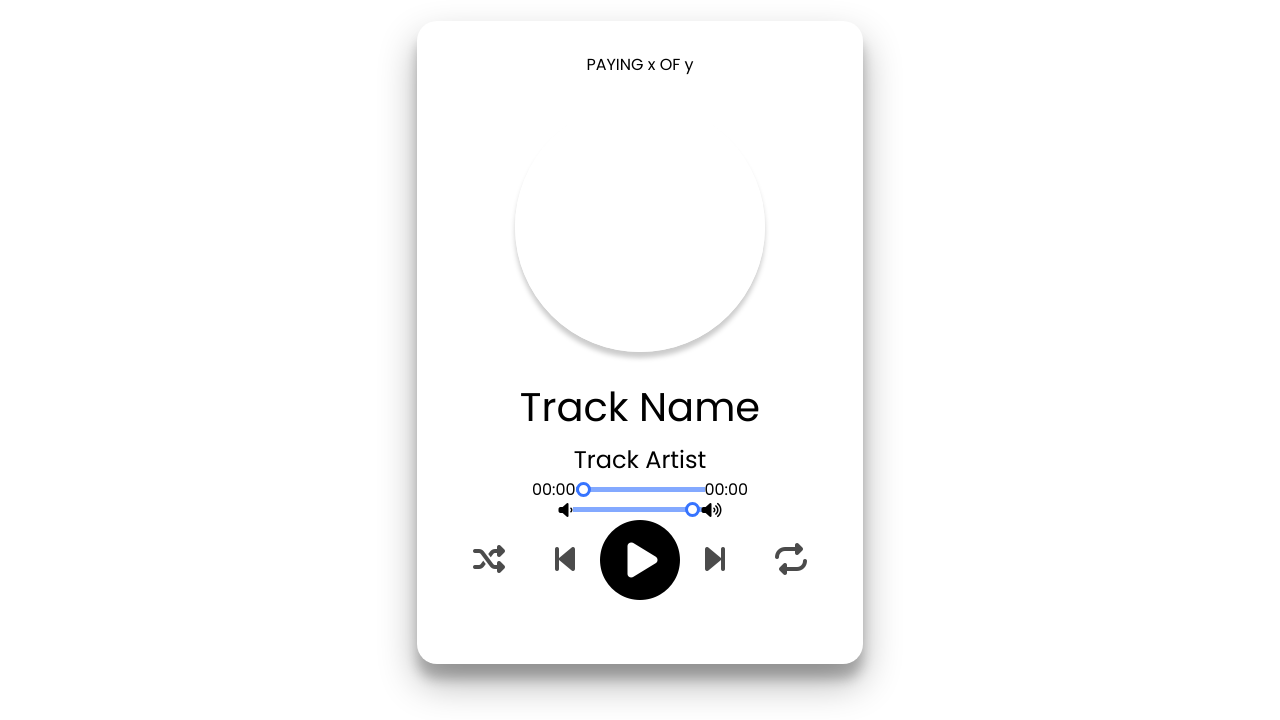
Repository: NguyenVietPhuQuy/Javascript-AudioPlayer
Page: index.html
These files come from the project's save history. The page is drawn as it stood at one moment and after the next save; the edit follows.
The browser window is 1280 px wide. The pictures show the whole page.

Above is the page before, as saved 2022-11-09 08:51:14.

### index.html
<!DOCTYPE html>
<html lang="en">
<head>
    <meta charset="UTF-8">
    <meta http-equiv="X-UA-Compatible" content="IE=edge">
    <meta name="viewport" content="width=device-width, initial-scale=1.0">
    <title>Music Player</title>
    <!--Font-Awesome-->
    <link rel="stylesheet" href="https://cdnjs.cloudflare.com/ajax/libs/font-awesome/6.2.0/css/all.min.css">
    <!--Css-->
    <link rel="stylesheet" href="index.css">
</head>
<body>
    <div class="player">
        <div class="wrapper">
            <div class="details">
                <div class="now-playing">PAYING x OF y</div>
                <div class="track-art"></div>
                <div class="track-name">Track Name</div>
                <div class="track-artist">Track Artist</div>
            </div>

            <div class="slider_container">
                <div class="current-time">00:00</div>
                <input type="range" min="1" max="100" value="0"
                class="seek_slider" onchange="seekTo()">
                <div class="total-duration">00:00</div>
            </div>

            <div class="slider_container">
                <i class="fa fa-volume-down"></i>
                <input type="range" min="1" max="100" value="99"
                class="volume_slider" onchange="setVolume()">
                <i class="fa fa-volume-up"></i>
            </div>

            <div class="buttons">
                <div class="random-track">
                    <i class="fas fa-random fa-2x" title="random"
                    onclick="randomTrack()"></i>
                </div>

                <div class="prev-track">
                    <i class="fas fa-step-backward fa-2x"
                    onclick="prevTrack()"></i>
                </div>

                <div class="playePause-track">
                    <i class="fas fa-play-circle fa-5x"
                    onclick="playPauseTrack()"></i>
                </div>

                <div class="next-track">
                    <i class="fas fa-step-forward fa-2x"
                    onclick="nextTrack()"></i>
                </div>

                <div class="repeat-track">
                    <i class="fas fa-repeat fa-2x" title="repeat"
                    onclick="repeatTrack()"></i>
                </div>
            </div>

            <div id="wave">
                <span class="stroke"></span>
                <span class="stroke"></span>
                <span class="stroke"></span>
                <span class="stroke"></span>
                <span class="stroke"></span>
                <span class="stroke"></span>
                <span class="stroke"></span>
            </div>
        </div>
    </div>
    <!--Main-->
    <script src="index.js"></script>
</body>
</html>

### index.css
/*Font Google and base*/
@import url('https://fonts.googleapis.com/css2?family=Poppins&display=swap');
*{
    font-family: 'Poppins',sans-serif;
    box-sizing: border-box;
    margin: 0;
}
img{
    width: 100%;
}
/*Main*/
.player{
    height: 95vh;
    display: flex;
    align-items: center;
    flex-direction: column;
    justify-content: center;
}
.wrapper{
    border: 1px solid transparent;
    padding: 30px;
    border-radius: 20px;
    box-shadow: rgba(0, 0, 0, 0.3) 0 19px 38px, rgba(0, 0, 0, 0.22) 0 15px 12px
}
.details{
    display: flex;
    align-items: center;
    flex-direction: column;
    justify-content: center;
}
.track-art{
    margin: 25px;
    height: 250px;
    width: 250px;
    border: 2px solid #fff;
    background-size: cover;
    background-position: center;
    box-shadow: 0px 6px 5px #ccc;
    border-radius: 190px;
}
.now-playing {
    font-size: 1rem;
}
.track-name{
    font-size: 2.5rem;
}
.track-artist{
    margin-top: 5px;
    font-size: 1.5rem;
}
.buttons{
    display: flex;
    flex-direction: row;
    align-items: center;
    margin-bottom: 30px;
}
.active{
    color: black;
}
.repeat-track
,.random-track
,.playPause-track
,.prev-track
,.next-track{
    padding: 25px;
    opacity: 0.7;
    transition: opacity .2s;
}
.repeat-track:hover
,.random-track:hover
,.playPause-track:hover
,.prev-track:hover
,.next-track:hover{
    opacity: 1;
}
.slider_container{
    display: flex;
    justify-content: center;
    align-items: center;

}
.seek_slider,
.volume_slider{
    appearance: none;
    height: 5px;
    background-color: #83a9ff;
    transition: opacity .2s;
}
.seek_slider::-webkit-slider-thumb,
.volume_slider::-webkit-slider-thumb{
    appearance: none;
    width: 15px;
    height: 15px;
    background: white;
    border: 3px solid #3774ff;
    cursor: pointer;
    border-radius: 100%;
}

Loaded but not shown: index.js (no copy from this time; the picture is the same without it)

After the next save:
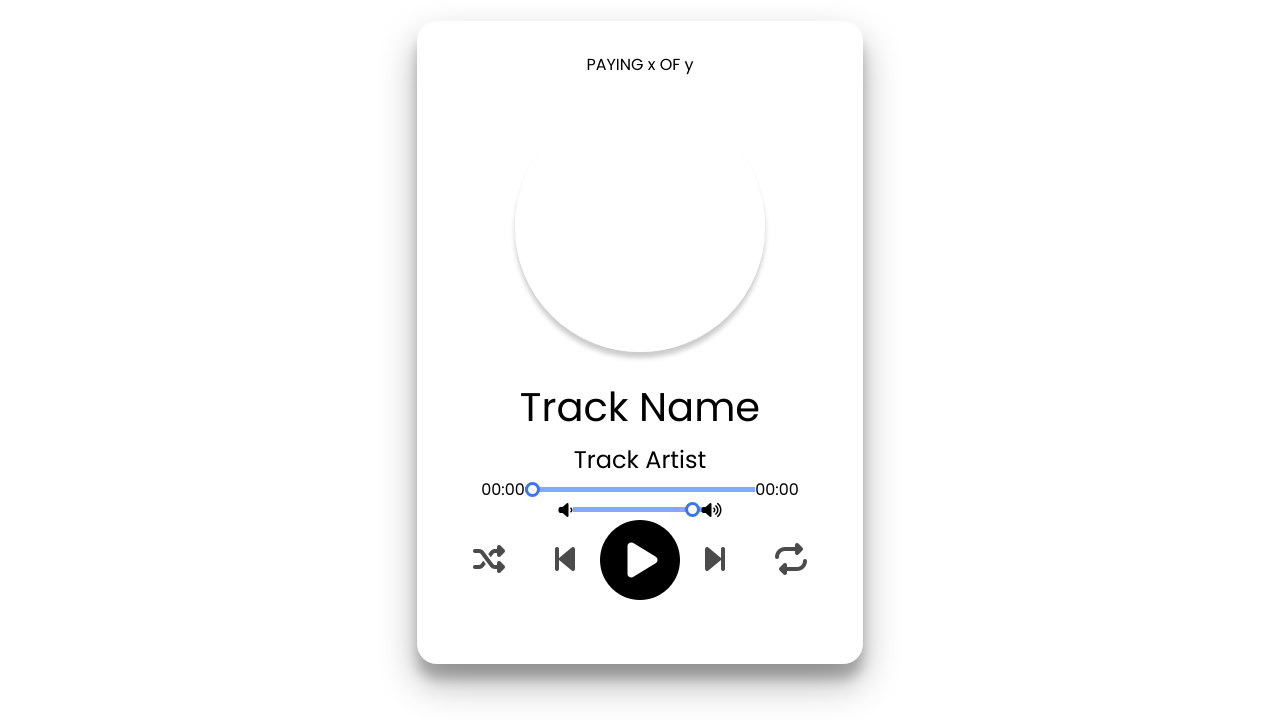
Saved 48 s later.
--- a/index.css
+++ b/index.css
@@ -96,3 +96,10 @@ img{
     cursor: pointer;
     border-radius: 100%;
 }
+.seek_slider:hover,
+.volume_slider:hover{
+    opacity: 1;
+}
+.seek_slider{
+    width: 60%;
+}
